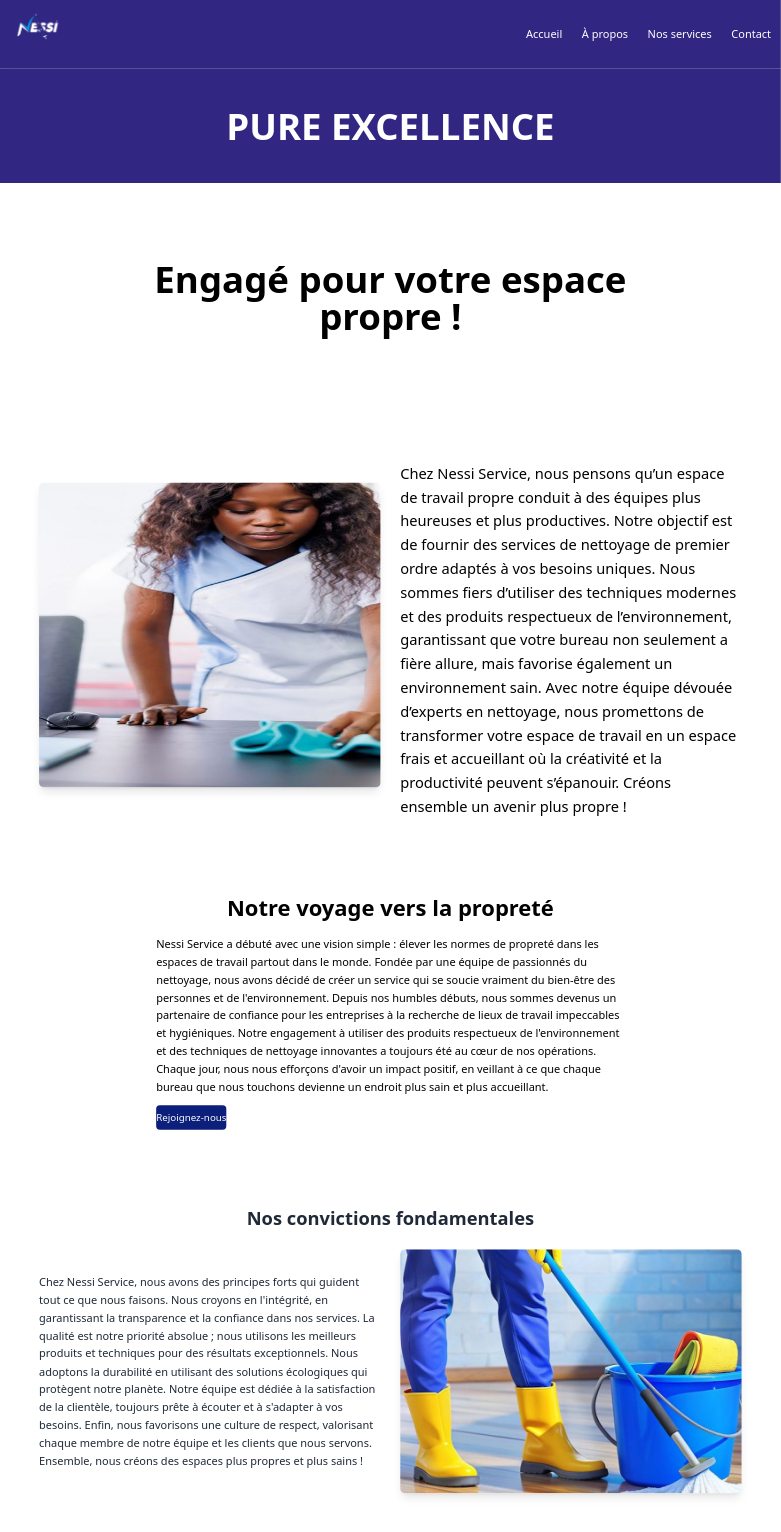
Repository: MDiouf9/Nessi
Page: /About
The author's editor kept a copy of each file at every save. The page is drawn from the files as they stood at one save, then again after the next save.
The browser window is 1280 px wide. The pictures show the whole page, at 61% of full size.
The project was rebuilt for these pictures with package versions that can differ from the ones it lists, and the page was loaded fresh each time. Also part of the build but not shown: vite.config.js, src/Global.css, src/App.css, src/components/Footer.jsx, src/Pages/Home.jsx, src/Pages/NotFound.jsx, src/components/Countries.jsx, src/Pages/Services.jsx and 1 more.

Above is the page before, as saved 2025-03-10 18:40:24.

### src/main.jsx
import { StrictMode } from 'react'
import { createRoot } from 'react-dom/client'
import './index.css'
import './Global.css'
import App from './App.jsx'

createRoot(document.getElementById('root')).render(
  <StrictMode>
    <App />
  </StrictMode>,
)

### src/index.css
@tailwind base;
@tailwind components;
@tailwind utilities;
























/* :root {
  font-family: Inter, system-ui, Avenir, Helvetica, Arial, sans-serif;
  line-height: 1.5;
  font-weight: 400;

  color-scheme: light dark;
  color: rgba(255, 255, 255, 0.87);
  background-color: #242424;

  font-synthesis: none;
  text-rendering: optimizeLegibility;
  -webkit-font-smoothing: antialiased;
  -moz-osx-font-smoothing: grayscale;
}

a {
  font-weight: 500;
  color: #646cff;
  text-decoration: inherit;
}
a:hover {
  color: #535bf2;
}

body {
  margin: 0;
  display: flex;
  place-items: center;
  min-width: 320px;
  min-height: 100vh;
}

h1 {
  font-size: 3.2em;
  line-height: 1.1;
}

button {
  border-radius: 8px;
  border: 1px solid transparent;
  padding: 0.6em 1.2em;
  font-size: 1em;
  font-weight: 500;
  font-family: inherit;
  background-color: #1a1a1a;
  cursor: pointer;
  transition: border-color 0.25s;
}
button:hover {
  border-color: #646cff;
}
button:focus,
button:focus-visible {
  outline: 4px auto -webkit-focus-ring-color;
}

@media (prefers-color-scheme: light) {
  :root {
    color: #213547;
    background-color: #ffffff;
  }
  a:hover {
    color: #747bff;
  }
  button {
    background-color: #f9f9f9;
  }
} */

### src/App.jsx

import { BrowserRouter , Routes, Route  } from "react-router-dom"
// import reactLogo from './assets/react.svg'
// import viteLogo from '/vite.svg'
import './App.css'
import Home from './Pages/Home'
import NotFound from './Pages/NotFound'
import About from './Pages/About'
import Countries from './components/Countries'
import Services from './Pages/Services'
import Contact from './Pages/Contact'


function App() {

  return (
    <>
     <BrowserRouter>
      <Routes>
        <Route path="/"  element={<Home />} />
        <Route path='/About' element={<About/>} />
        <Route path='/Services' element={<Services/>} />
        <Route path='/Contact' element={<Contact/>} />
        <Route path='/Countries' element={<Countries/>} />
        <Route path='*' element={<NotFound/>} />
      </Routes>
    </BrowserRouter>

    </>
  )
}

export default App

### src/Pages/About.jsx

import Header from '../components/Header'
import SectionWithImage from '../components/Sectionlesft'
import regulier from "../assets/fememenage.png";
import propre from "../assets/mrpropre.png";
import SectionWithTitle from '../components/SectionTitle';
import OurJourneySection from '../components/SectionTexte';


const About = () => {
  return (
    <div>

        <Header/>
        <section className="bg-[#312783] text-white py-16 flex justify-center items-center">
      <h1 className="text-4xl md:text-6xl font-bold">PURE EXCELLENCE</h1>
    </section>
    {/* section 2 */}
    <section className=" text-white py-16 flex justify-center items-center">
      <h1 className="text-4xl md:text-6xl font-bold"> <section className=" text-black py-16 flex justify-center items-center">
      <h1 className="text-4xl md:text-6xl font-bold text-center">Engagé pour votre espace <br /> propre !</h1>
    </section></h1>
    </section>

        <SectionWithImage
             imageSrc={regulier} // Image à afficher
             altText="Nettoyage en action" // Texte alternatif
             title="" // Titre de la section
             content="Chez Nessi Service, nous pensons qu’un espace de travail propre conduit à des équipes plus heureuses et plus productives. Notre objectif est de fournir des services de nettoyage de premier ordre adaptés à vos besoins uniques. Nous sommes fiers d’utiliser des techniques modernes et des produits respectueux de l’environnement, garantissant que votre bureau non seulement a fière allure, mais favorise également un environnement sain. Avec notre équipe dévouée d’experts en nettoyage, nous promettons de transformer votre espace de travail en un espace frais et accueillant où la créativité et la productivité peuvent s’épanouir. Créons ensemble un avenir plus propre !"
           />

<OurJourneySection />


<SectionWithTitle
  imageSrc={propre}
  altText="Nettoyage professionnel"
  title="Nos convictions fondamentales"
  content=" Chez Nessi Service, nous avons des principes forts qui guident tout ce que nous faisons. Nous croyons en l'intégrité, en garantissant la transparence et la confiance dans nos services. La qualité est notre priorité absolue ; nous utilisons les meilleurs produits et techniques pour des résultats exceptionnels. Nous adoptons la durabilité en utilisant des solutions écologiques qui protègent notre planète. Notre équipe est dédiée à la satisfaction de la clientèle, toujours prête à écouter et à s'adapter à vos besoins. Enfin, nous favorisons une culture de respect, valorisant chaque membre de notre équipe et les clients que nous servons. Ensemble, nous créons des espaces plus propres et plus sains !"
/>

    </div>
  )
}

export default About

### src/components/Header.jsx
import  { useState } from "react";
import { Link } from "react-router-dom";
import logo from "../assets/logo1.png";

const navLinks = [
  { name: "Accueil", path: "/" },
  { name: "À propos", path: "/about" },
  { name: "Nos services", path: "/services" },
  { name: "Contact", path: "/contact" }
];

const Header = () => {
  const [isMenuOpen, setIsMenuOpen] = useState(false); // État pour gérer l'ouverture du menu mobile

  return (
    <header className="bg-[#312783] text-white p-4 shadow-lg">
      <div className="container mx-auto flex justify-between items-center">
        {/* Logo */}
        <img src={logo} alt="Logo" className="h-20" />

        {/* Menu burger pour mobile */}
        <button
          className="lg:hidden text-white text-2xl"
          onClick={() => setIsMenuOpen(!isMenuOpen)}
          aria-label="Toggle Menu"
        >
          {isMenuOpen ? (
            <span>&#10005;</span>  // Croix de fermeture du menu
          ) : (
            <span>&#9776;</span>  // Icône hamburger
          )}
        </button>

        {/* Navigation */}
        <nav className={`lg:flex ${isMenuOpen ? "block" : "hidden"} lg:bg-transparent bg-[#312783]`}>
          <ul className="lg:flex lg:space-x-8 flex-col lg:flex-row space-y-4 lg:space-y-0 p-6 lg:p-0">
            {navLinks.map((link, index) => (
              <li key={index} className="relative">
                <Link
                  to={link.path}
                  className="hover:text-gray-300 text-lg transition-colors duration-300 ease-in-out"
                >
                  {link.name}
                </Link>
                {/* Ajouter une barre sous le lien actif */}
              </li>
            ))}
          </ul>
        </nav>
      </div>


    </header>
  );
};

export default Header;

### src/components/Sectionlesft.jsx
const SectionWithImage = ({ imageSrc, altText, title, content }) => {
    return (
      <section className="bg-white py-16 px-6 md:px-16">
        <div className="container mx-auto flex flex-col md:flex-row items-center gap-8">
          {/* Image à gauche */}
          <div className="md:w-1/2 flex justify-aound items-center">
            <img src={imageSrc} alt={altText} className="w-full h-full max-h-[500px] object-center  rounded-lg shadow-lg" />
          </div>

          {/* Texte à droite */}
          <div className="md:w-1/2 flex flex-col justify-center h-full">
            <h2 className="text-3xl font-bold mb-4">{title}</h2>
            <p className="text-2xl leading-relaxed">{content}</p>
          </div>
        </div>
      </section>
    );
  };

  export default SectionWithImage;

### src/components/SectionTitle.jsx
const SectionWithTitle = ({ imageSrc, altText, title, content }) => {
    return (
      <section className="bg-white py-16 px-6 md:px-16">
        <div className="container mx-auto text-center mb-8">
          <h2 className="text-3xl font-bold text-gray-800">{title}</h2>
        </div>

        <div className="container mx-auto flex flex-col md:flex-row items-center gap-8">
          {/* Texte à gauche */}
          <div className="md:w-1/2 flex flex-col justify-center h-full text-gray-800">
            <p className="text-lg leading-relaxed">{content}</p>
          </div>

          {/* Image à droite */}
          <div className="md:w-1/2 flex justify-center items-center">
            <img src={imageSrc} alt={altText} className="w-full h-full max-h-[400px] object-cover rounded-lg shadow-lg" />
          </div>
        </div>
      </section>
    );
  };

  export default SectionWithTitle;

### src/components/SectionTexte.jsx
const OurJourneySection = () => {
    return (
      <section className="text-black py-16 px-6 md:px-16">
        <div className="container mx-auto text-center">
          {/* Titre */}
          <h2 className="text-4xl font-bold mb-6">Notre voyage vers la propreté</h2>

          {/* Texte + bouton aligné à gauche */}
          <div className="max-w-3xl mx-auto text-left">
            <p className="text-lg leading-relaxed">
              Nessi Service a débuté avec une vision simple : élever les normes de propreté dans les espaces de travail partout dans le monde.
              Fondée par une équipe de passionnés du nettoyage, nous avons décidé de créer un service qui se soucie vraiment du bien-être des personnes et de l'environnement.
              Depuis nos humbles débuts, nous sommes devenus un partenaire de confiance pour les entreprises à la recherche de lieux de travail impeccables et hygiéniques.
              Notre engagement à utiliser des produits respectueux de l'environnement et des techniques de nettoyage innovantes a toujours été au cœur de nos opérations.
              Chaque jour, nous nous efforçons d'avoir un impact positif, en veillant à ce que chaque bureau que nous touchons devienne un endroit plus sain et plus accueillant.
            </p>

            {/* Bouton aligné à gauche */}
            <div className="mt-4">
              <button className="bg-[#0B1F7B] px- py-2 text-white rounded-md">Rejoignez-nous</button>
            </div>
          </div>
        </div>
      </section>
    );
  };

  export default OurJourneySection;

Loaded but not shown: index.html (common file); tailwind.config.js (common file)

After the next save:
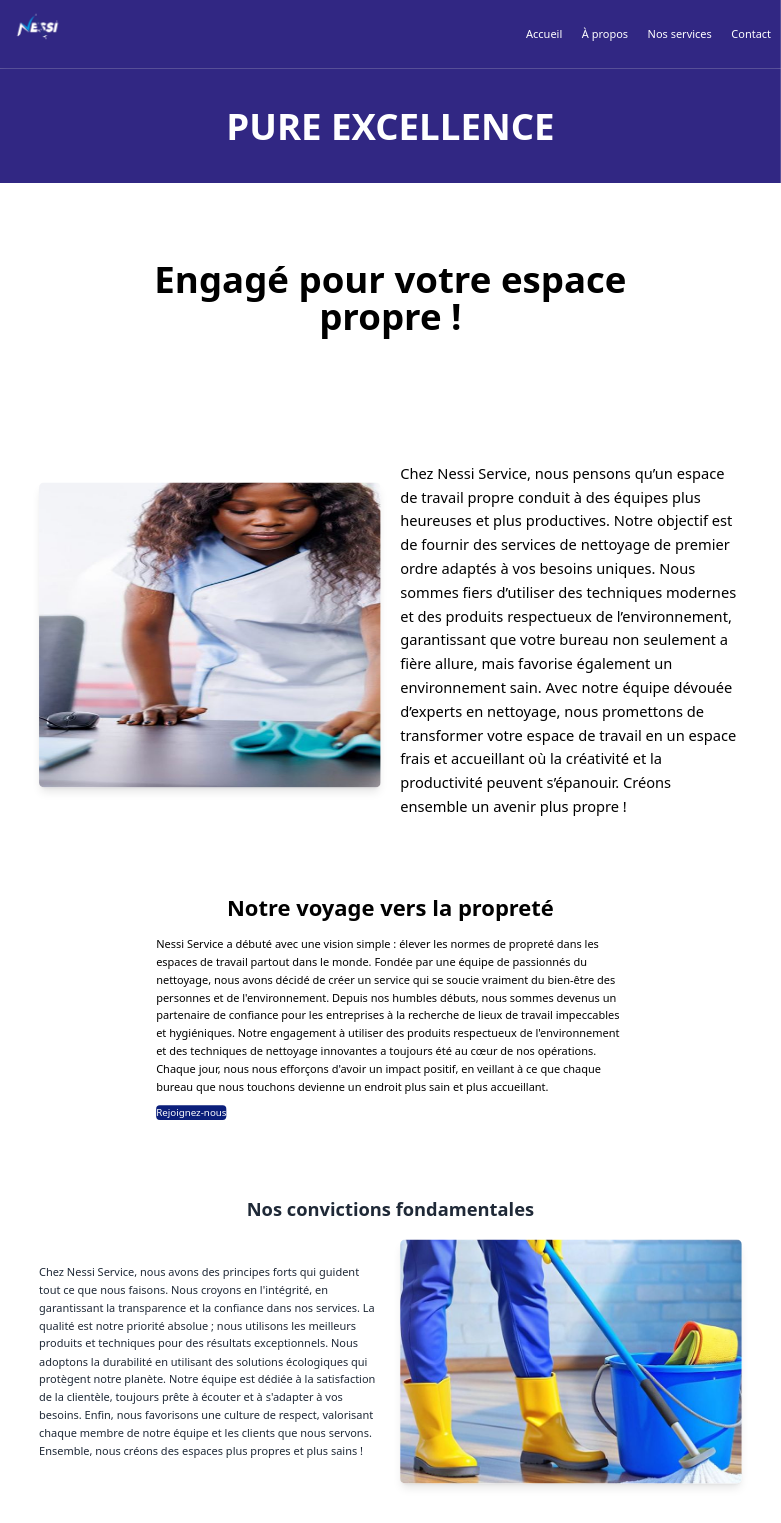
Saved 5 s later.
--- a/src/components/SectionTexte.jsx
+++ b/src/components/SectionTexte.jsx
@@ -17,7 +17,7 @@
 
             {/* Bouton aligné à gauche */}
             <div className="mt-4">
-              <button className="bg-[#0B1F7B] px- py-2 text-white rounded-md">Rejoignez-nous</button>
+              <button className="bg-[#0B1F7B] px- py- text-white rounded-md">Rejoignez-nous</button>
             </div>
           </div>
         </div>

After the save that followed:
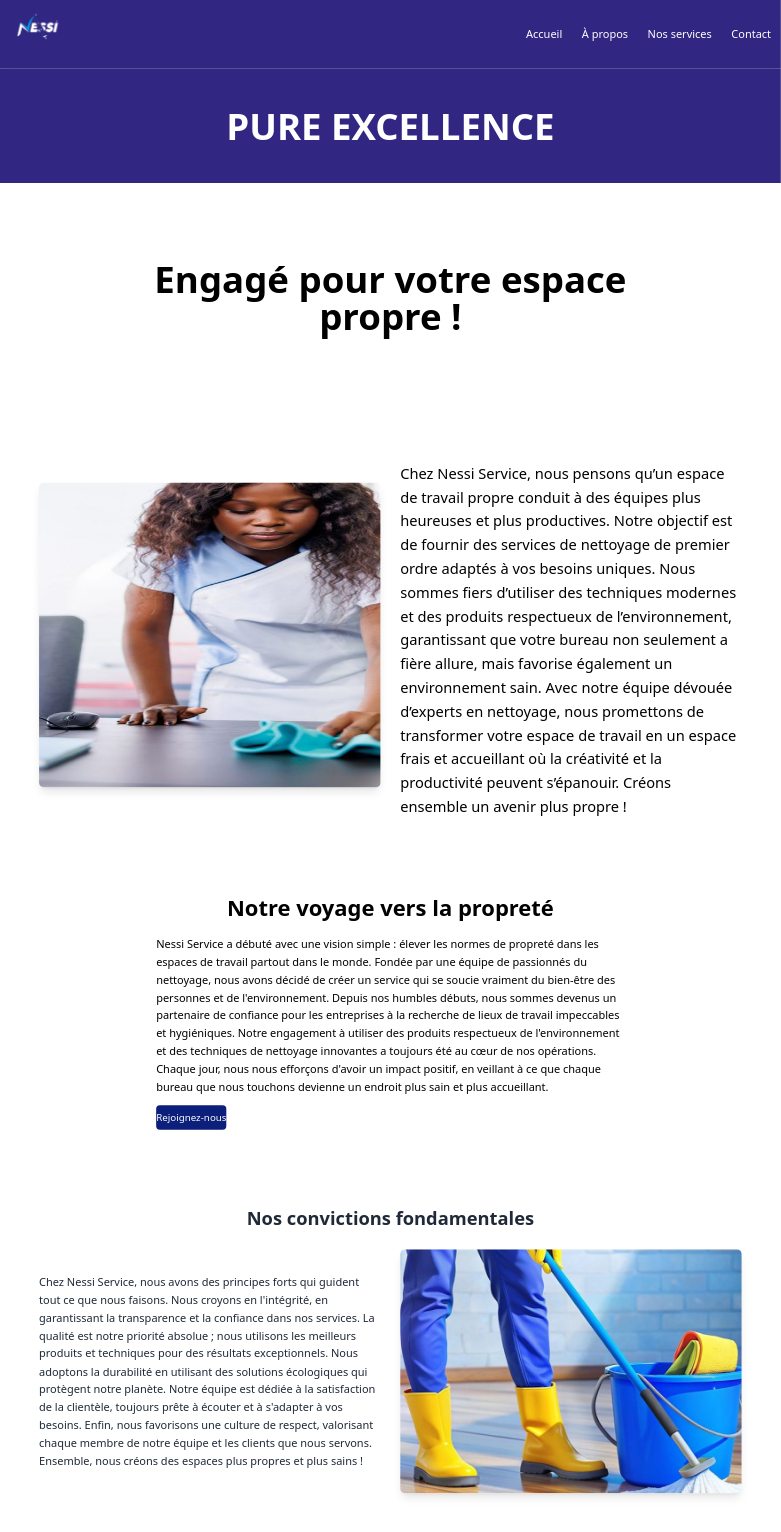
Saved 6 s later.
--- a/src/components/SectionTexte.jsx
+++ b/src/components/SectionTexte.jsx
@@ -17,7 +17,7 @@
 
             {/* Bouton aligné à gauche */}
             <div className="mt-4">
-              <button className="bg-[#0B1F7B] px- py- text-white rounded-md">Rejoignez-nous</button>
+              <button className="bg-[#0B1F7B] px- py-2 text-white rounded-md">Rejoignez-nous</button>
             </div>
           </div>
         </div>
